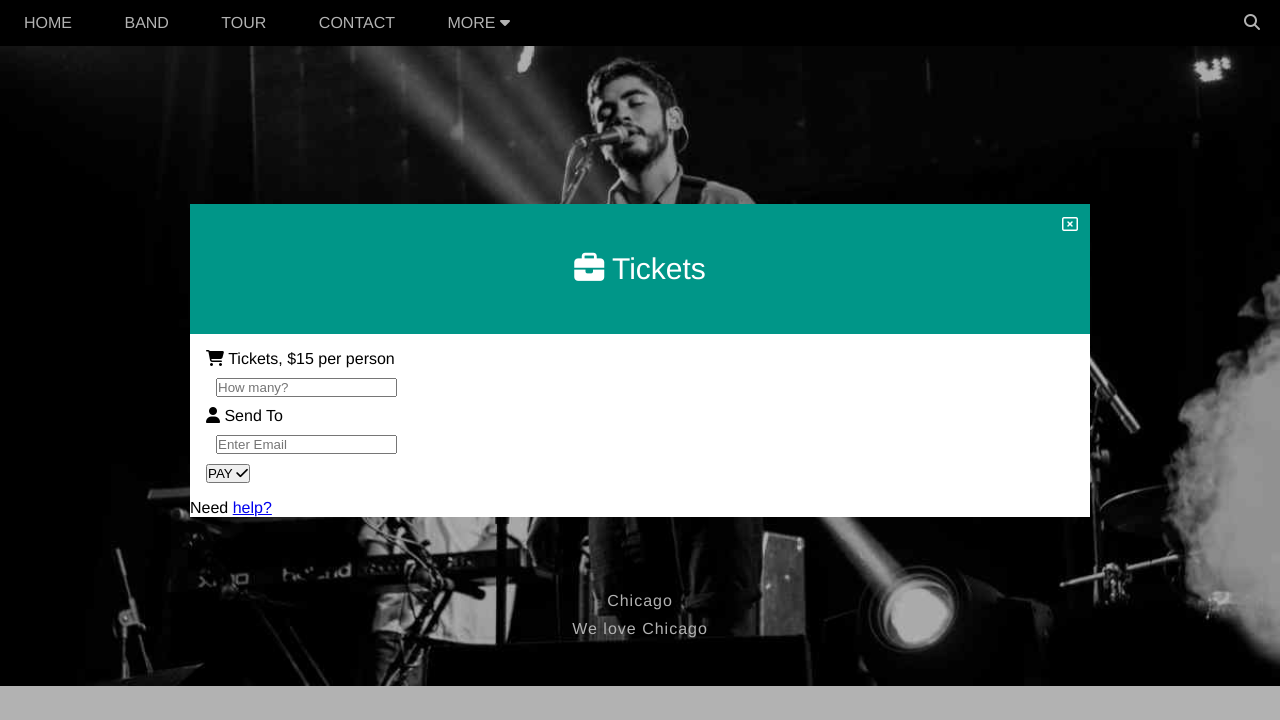
Repository: NguyenMinhChau/Theband
Page: index.html
The author's editor kept a copy of each file at every save. The page is drawn from the files as they stood at one save, then again after the next save.
The browser window is 1280 px wide. The pictures show the window.
A layer covers the whole window, so only the first screen is drawn. Some web libraries are served in a nearby version.

Above is the page before, as saved 2021-10-23 13:07:53.

### index.html
<!DOCTYPE html>
<html lang="en">
<head>
    <meta charset="UTF-8">
    <meta http-equiv="X-UA-Compatible" content="IE=edge">
    <meta name="viewport" content="width=device-width, initial-scale=1.0">
    <title>THE BAND</title>
    <link rel="icon" href="https://www.w3schools.com/w3css/img_la.jpg"/>
    <script src="https://kit.fontawesome.com/a7b0f58175.js" crossorigin="anonymous"></script>
    <link rel="stylesheet" href="./assets/css/style.css">
</head>
<body>
    <div id="main">
        <div id="header">
            <!-- Begin Navigation -->
            <ul id="nav">
                <li><a href="#">Home</a></li>
                <li><a href="#">Band</a></li>
                <li><a href="#">Tour</a></li>
                <li><a href="#">Contact</a></li>
                <li><a href="#">More <i class="fas fa-caret-down"></i></a>
                    <ul class="subnav">
                        <li><a href="#">Merchandise</a></li>
                        <li><a href="#">Extras</a></li>
                        <li><a href="#">Media</a></li>
                    </ul>
                </li>
            </ul>
            <!-- End Navigation -->

            <!-- Begin Search -->
            <div class="icon-search">
                <a href="#"><i class="header-icon-search fas fa-search"></i></a>
            </div>
            <!-- End Search -->
        </div>

        <div id="slider">
            <div class="description">
                <h4>Chicago</h4>
                <p>We love Chicago</p>
            </div>
        </div>

        <div id="content">
            <!-- section: dành cho những phần dùng chung -->
            <!-- ABOUT SECTION -->
            <div class="content-section">
                <h2 class="section-heading">The Band</h2>
                <p class="section-subheading">We love music</p>
                <p class="about-text">We have created a fictional band website. Lorem ipsum dolor sit amet, consectetur adipiscing elit, sed do eiusmod tempor incididunt ut labore et dolore magna aliqua. Ut enim ad minim veniam, quis nostrud exercitation ullamco laboris nisi ut aliquip ex ea commodo consequat. Duis aute irure dolor in reprehenderit in voluptate velit esse cillum dolore eu fugiat nulla pariatur. Excepteur sint occaecat cupidatat non proident, sunt in culpa qui officia deserunt mollit anim id est laborum consectetur adipiscing elit, sed do eiusmod tempor incididunt ut labore et dolore magna aliqua. Ut enim ad minim veniam, quis nostrud exercitation ullamco laboris nisi ut aliquip ex ea commodo consequat.</p>
                <div class="members-list">
                    <div class="member-item">
                        <p class="member-name">Name</p>
                        <img src="./assets/img/about_member01.jpg" alt="" class="member-avata">
                    </div>
                    <div class="member-item">
                        <p class="member-name">Name</p>
                        <img src="./assets/img/about_member01.jpg" alt="" class="member-avata">
                    </div>
                    <div class="member-item">
                        <p class="member-name">Name</p>
                        <img src="./assets/img/about_member01.jpg" alt="" class="member-avata">
                    </div>
                    <div class="clear"></div>
                </div>
            </div>

            <!-- TOUR SECTION -->
            <div class="tour-section">
                <div class="content-section">
                    <h2 class="section-heading text-white">Tours Dates</h2>
                    <p class="section-subheading text-white">Remember to book your tickets!</p>
                    <ul class="tickets-list">
                        <li>September <span class="sold-out">Sold out</span></li>
                        <li>October <span class="sold-out">Sold out</span></li>
                        <li>November <span class="quantity">3</span></li>
                    </ul>
                    <div class="places-list">
                        <div class="place-item">
                            <img src="./assets/img/tour_place01.jpg" alt="New York" class="place-img">
                            <div class="place-body">
                                <h3 class="place-heading">New York</h3>
                                <p class="place-time">Fri 27 Nov 2016</p>
                                <p class="plave-desc">Praesent tincidunt sed tellus ut rutrum sed vitae justo.</p>
                                <a href="#" class="place-buy-btn">Buy Tickets</a>
                            </div>
                        </div>
                        <div class="place-item">
                            <img src="./assets/img/tour_place_02.jpg" alt="New York" class="place-img">
                            <div class="place-body">
                                <h3 class="place-heading">Paris</h3>
                                <p class="place-time">Sat 28 Nov 2016</p>
                                <p class="plave-desc">Praesent tincidunt sed tellus ut rutrum sed vitae justo.</p>
                                <a href="#" class="place-buy-btn">Buy Tickets</a>
                            </div>
                        </div>
                        <div class="place-item">
                            <img src="./assets/img/tour_place_03.jpg" alt="New York" class="place-img">
                            <div class="place-body">
                                <h3 class="place-heading">San Francisco</h3>
                                <p class="place-time">Sun 29 Nov 2016</p>
                                <p class="plave-desc">Praesent tincidunt sed tellus ut rutrum sed vitae justo.</p>
                                <a href="#" class="place-buy-btn">Buy Tickets</a>
                            </div>
                        </div>
                        <div class="clear"></div>
                    </div>
                </div>
            </div>

            <!-- CONTACT SECTION -->
            <div class="content-section">
                <h2 class="section-heading">Contact</h2>
                <p class="section-subheading">Fan? Drop a note!</p>
            </div>
        </div>

        <div id="footer">

        </div>
    </div>
    <!-- BEGIN MODEL -->
    <div class="modal">
        <div class="modal-container">
            <div class="modal-close">
                <i class="far fa-window-close"></i>
            </div>

            <header class="modal-header">
                <i class="fas fa-briefcase"></i> Tickets
            </header>

            <div class="modal-body">
                <div class="form-group">
                    <label for="" class="modal-label">
                        <i class="fas fa-shopping-cart"></i>
                        Tickets, $15 per person
                    </label>
                    <input type="text" class="modal-input" placeholder="How many?">
                </div>

                <div class="form-group">
                    <label for="" class="modal-label">
                        <i class="fas fa-user"></i>
                        Send To
                    </label>
                    <input type="email" class="modal-input" placeholder="Enter Email">
                </div>

                <button id="buy-tickets">
                    PAY <i class="fas fa-check"></i>
                </button>
            </div>

            <footer class="modal-footer">
                <p class="modal-help">Need
                    <a href="#">help?</a>
                </p>
            </footer>
        </div>
    </div>
    <!-- END MODAL -->
    <script src="assets/js/main.js"></script>
</body>
</html>

### assets/css/style.css
:root{
    --header-height: 46px;
}
*{
    box-sizing: border-box;
    margin: 0;
    padding: 0;
}

html{
    font-family: Helvetica, Arial, sans-serif;
}

.clear{
    clear: both;
}

.text-white{
    color: #fff !important;
}

/* BEGIN CSS HEADER */
#header{
    height: var(--header-height);
    background-color: #000;
    position: fixed;
    top: 0;
    left: 0;
    right: 0;
}

#nav{
    display: inline-block;
}

#nav,
#subnav{
    list-style-type: none;
}

#nav li{
    display: inline-block;
    position: relative;
}

#nav > li > a{
    color: #fff;
    text-transform: uppercase;
}

#nav li a {
    text-decoration: none;
    line-height: var(--header-height);
    padding: 0 24px;

    display: block;
}

#nav > li:hover > a,
#nav .subnav li:hover a {
    color: #000;
    background-color: #ccc;
}

#nav > li:hover .subnav{
    display: block;
}

#nav .subnav{
    display: none;
    position: absolute;
    background-color: #fff;
    box-shadow: 0 0 10px rgba(0,0,0,0.3);
    color: #000;
    top: 100%;
    left: 0;
}

#nav .subnav li a{
    color: #000;
    padding: 0 12px;
    line-height: 38px;
    min-width: 160px;
}

#nav .subnav li{
    display: block;
}

#header .icon-search{
    /* position: absolute;
    top: 0;
    right: 0; */
    float: right;
    line-height: var(--header-height);
    padding: 0 20px;
}

#header .icon-search a{
    text-decoration: none;
}

#header .icon-search:hover{
    background-color: rgb(255, 39, 39);
    cursor: pointer;
}

#header .icon-search .header-icon-search{
    color: #fff;
}
/* END CSS HEADER */


/* BEGIN CSS SLIDER */
#slider{
    position: relative;
    margin-top: var(--header-height);
    /* Kỹ thuật tạo ảnh không bị méo khi thay đổi kích thước */
    padding-top: 50%; /* % là theo chiều ngang của chính nó*/

    /* Khi dùng padding như trên -> ta dùng bg-image để tạo ảnh vì có thể đổ ảnh từ padding */
    background: url('../img/slider_band_chicago.jpg') no-repeat center / cover;
    z-index: -1;
}

#slider .description{
    position: absolute;
    bottom: 0;
    left: 50%;
    transform: translateX(-50%);

    color: #fff;
    text-align: center;
    margin-bottom: 48px;
    letter-spacing: 1px;
}

#slider .description h4,
#slider .description p{
    text-shadow: 0 0 10 rgba(0,0,0,0.5);
}

#slider .description h4{
    font-weight: 540;
    padding: 10px 0;
}
/* END CSS SLIDER */

/* BEGIN CSS CONTENT */
/* CSS ABOUT */
#content .content-section{
    width: 800px;
    margin: auto;
    padding: 64px 0;
}

#content .section-heading,
#content .section-subheading{
    text-align: center;
}

#content .section-heading{
    font-size: 30px;
    font-weight: 500;
    text-transform: uppercase;
    letter-spacing: 4px;
}

#content .section-subheading{
    font-size: 15px;
    font-style: italic;
    margin: 25px 0;
    opacity: 0.7;
}

#content .about-text{
    text-align: justify;
    font-size: 15px;
    line-height: 1.4;
}

#content .members-list{
    margin-top: 48px;
}

#content .member-item{
    float: left;
    text-align: center;
    width: calc(100% / 3);
}

#content .member-name{
    font-size: 15px;
}

#content .member-avata{
    margin-top: 15px;
    width: 154px;
    border-radius: 5px;
}

/* CSS TOUR */
#content .tour-section{
    background-color: #000;
}

#content .tickets-list{
    background-color: #fff;
    margin: 40px 0;
    list-style: none;
}

#content .tickets-list li{
    font-size: 15px;
    padding: 12px 16px;
    border-bottom: 1px solid #ddd;
    color: #757575;
}

#content .tickets-list .sold-out{
    background-color: #f44336;
    color: #fff;
    padding: 3px 4px;
    margin-left: 16px;
}

#content .tickets-list .quantity{
    float: right;
    background-color: #000;
    border-radius: 50%;
    width: 24px;
    height: 24px;
    color: #fff;
    text-align: center;
    line-height: 24px;
    margin-top: -3px;
}

#content .tour-section .places-list{
    margin: 0 -8px 48px;
}

#content .place-item{
    float: left;
    width: calc(100% / 3);
    padding: 0 8px;
}

#content .place-img{
    width: 100%;
    display: block;
}

#content .place-img:hover{
    opacity: 0.7;
}

#content .place-body{
    background-color: #fff;
    padding: 16px;
    font-size: 15px;
}

#content .place-heading{
    font-weight: 550;
}

#content .place-time{
    margin: 15px 0;
    color: #757575;
}

#content .plave-desc{
    line-height: 1.4;
}

#content .place-buy-btn{
    text-decoration: none;
    background-color: #000;
    color: #fff;
    padding: 11px 16px;
    /* Khắc phục tình trạng button che thẻ description */
    display: inline-block;
    margin-top: 15px;
}

#content .place-buy-btn:hover{
    background-color: #ccc;
    color: #000;
}
/* END CSS CONTENT */


#footer{

}

/* BEGIN CSS MODAL */
.modal{
    position: fixed;
    top: 0;
    bottom: 0;
    right: 0;
    left: 0;
    background: rgba(0,0,0,0.3);
    display: flex;
    align-items: center;
    justify-content: center;
    padding: 0 15px;
}

.modal-container{
    position: relative;
    background-color: #fff;
    width: 900px;
    min-height: 200px;
}

.modal-close{
    position: absolute;
    top: 0;
    right: 0;
    color: #fff;
    padding: 12px;
}

.modal-close:hover{
    background-color: #ddd;
    color: #000;
    cursor: pointer;
}

.modal-header{
    height: 130px;
    background: #009688;
    text-align: center;
    line-height:130px;
    color: #fff;
    font-size: 30px;
}

.modal-body{
    padding: 16px;
}

.modal-label{
    display: block;
}

.modal-input{
    margin: 10px;
    padding:
}
/* END CSS MODAL */

Loaded but not shown: assets/js/main.js (no stored copy; drawn as an empty file)

After the next save:
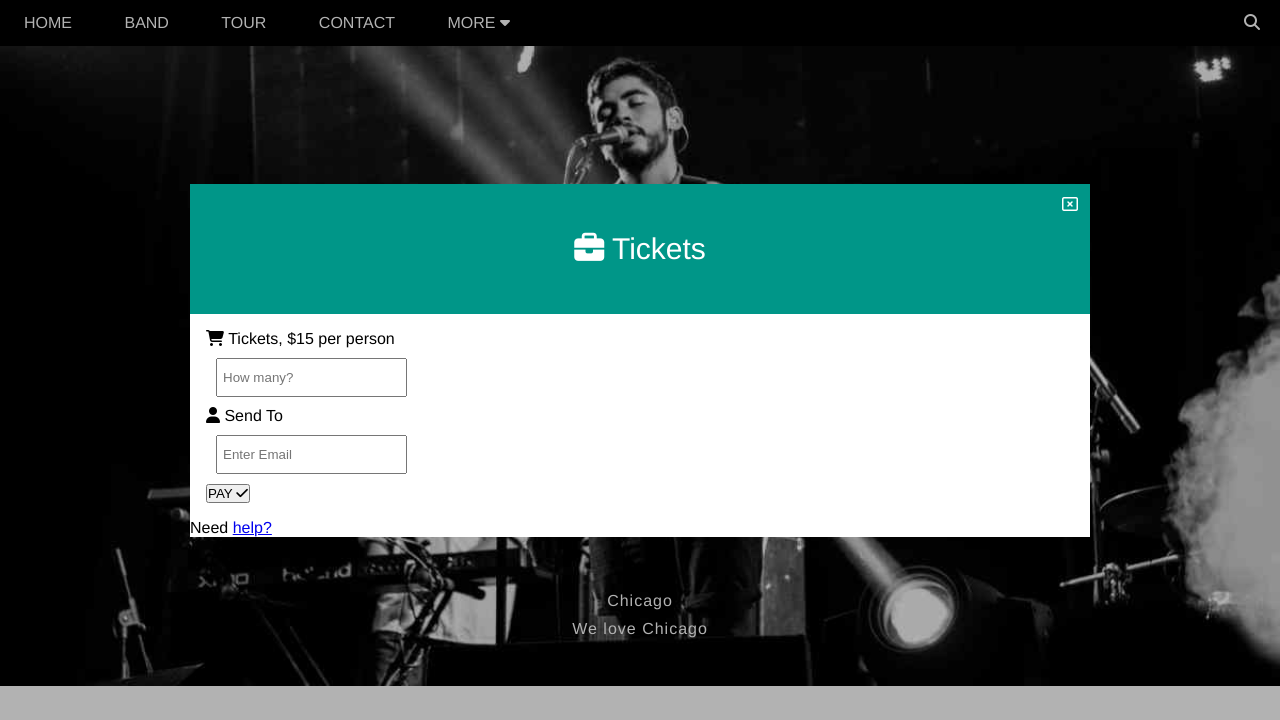
Saved 5 s later.
--- a/assets/css/style.css
+++ b/assets/css/style.css
@@ -349,6 +349,6 @@
 
 .modal-input{
     margin: 10px;
-    padding:
+    padding: 10px 5px;
 }
 /* END CSS MODAL */
